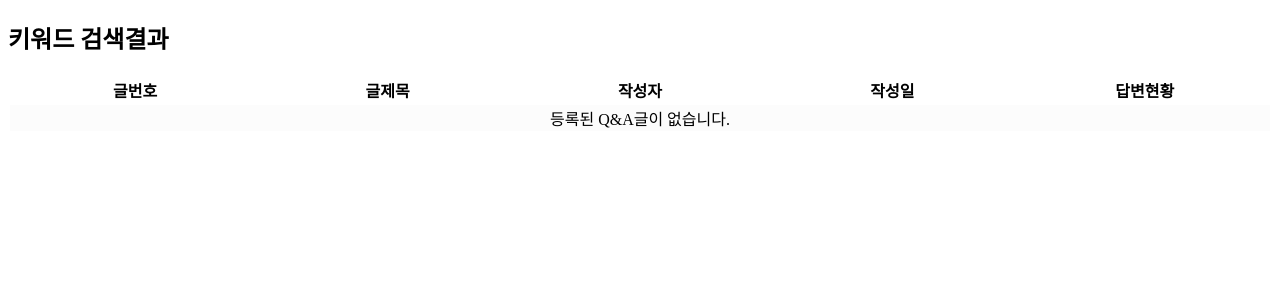
Repository: javadogfoot/semi-project
Page: http://localhost/tomato/admin/qnaKeywordFind_ok.jsp
These files come from the project's save history. The page is drawn as it stood at one moment and after the next save; the edit follows.
The browser window is 1280 px wide. The pictures show the whole page.
The page is served by Tomcat 9. Queries for data that is not in the repository find no rows.

Above is the page before, as saved 2021-10-18 16:21:38.

After the next save:
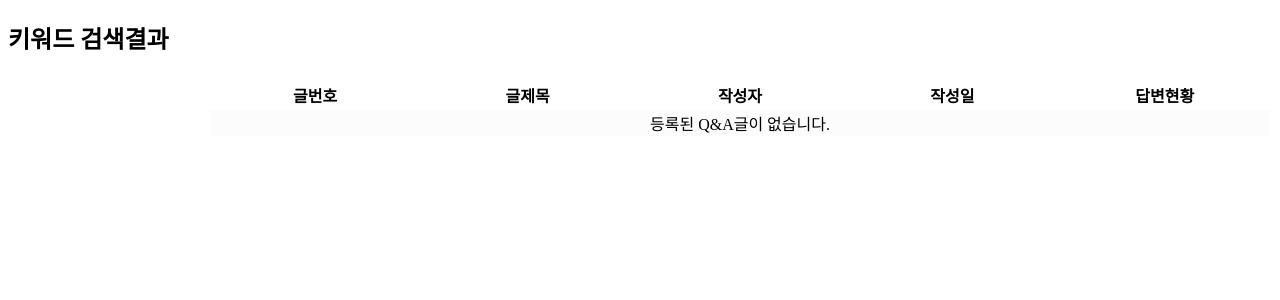
Saved 19 s later.
--- a/semi프로젝트워크스페이스/tomato/src/main/webapp/admin/qnaKeywordFind_ok.jsp
+++ b/semi프로젝트워크스페이스/tomato/src/main/webapp/admin/qnaKeywordFind_ok.jsp
@@ -98,7 +98,7 @@ form {
         </div>
         </div>
         </div>
-            <table class="table table-striped table-hover style="margin-left:200px; margin-top:25px;">
+          <table class="table table-striped table-hover" style="margin-left:200px; margin-top:25px;">
          <thead>
             <tr>
                <th>글번호</th>
